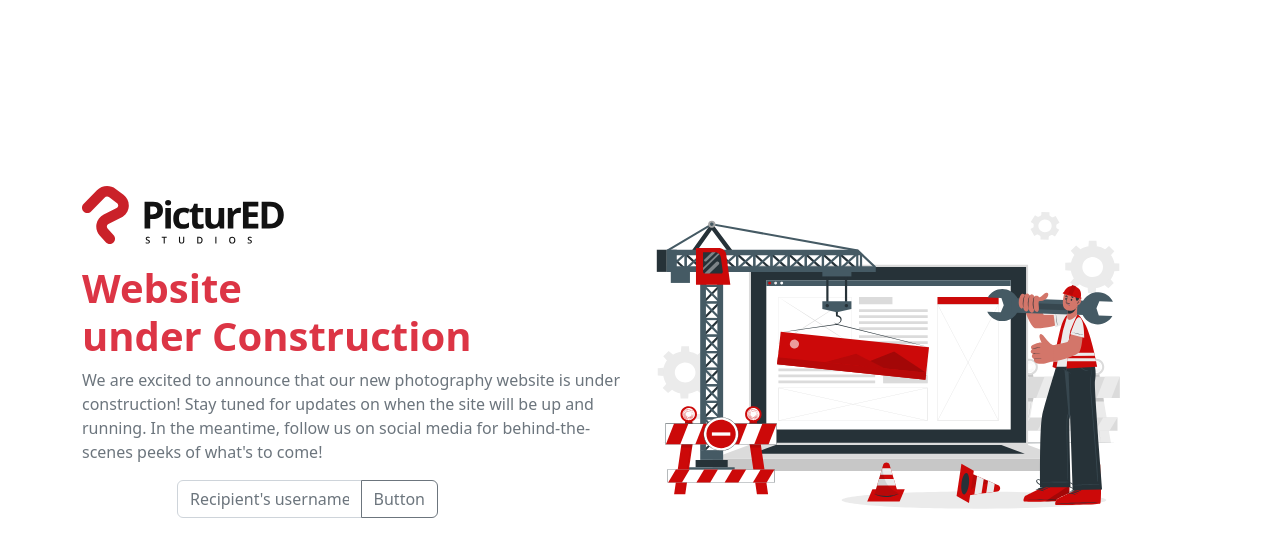
Repository: tHEO2k17/pictured
Page: /
The author's editor kept a copy of each file at every save. The page is drawn from the files as they stood at one save, then again after the next save.
The browser window is 1280 px wide. The pictures show the whole page.
The project was rebuilt for these pictures with package versions that can differ from the ones it lists, and the page was loaded fresh each time.

Above is the page before, as saved 2022-09-14 14:13:42.

### src/App.tsx
import React from "react";
import {
  Container,
  Col,
  Row,
  Image,
  InputGroup,
  Button,
  Form,
} from "react-bootstrap";
import logo from "./core/res/images/logo.svg";
import sideImage from "./core/res/images/side-image.svg";

function App() {
  return (
    <Container className="min-vh-100">
      <Row className="min-vh-100 align-items-center">
        <Col>
          <Image src={logo} />
          <h1 className="text-danger fw-bold mt-3">
            Website <br /> under Construction
          </h1>

          <p className="text-muted">
            We are excited to announce that our new photography website is under
            construction! Stay tuned for updates on when the site will be up and
            running. In the meantime, follow us on social media for
            behind-the-scenes peeks of what's to come!
          </p>

          <Row>
            <Col md={{ span: 6, offset: 2 }}>
              <InputGroup className="mb-3 ">
                <Form.Control
                  placeholder="Recipient's username"
                  aria-label="Recipient's username"
                  aria-describedby="basic-addon2"
                />
                <Button variant="outline-secondary" id="button-addon2">
                  Button
                </Button>
              </InputGroup>
            </Col>
          </Row>
        </Col>
        <Col>
          <Image src={sideImage} />
        </Col>
      </Row>
    </Container>
  );
}

export default App;

Loaded but not shown: public/index.html (common file); src/index.tsx (common file); src/index.scss (common file)

After the next save:
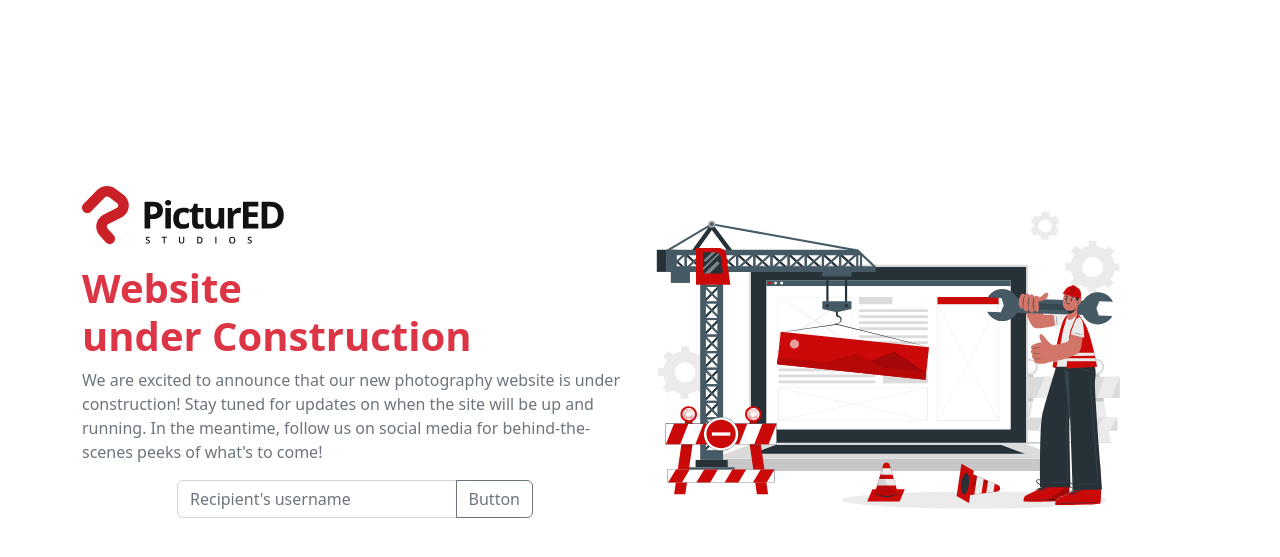
Saved 6 s later.
--- a/src/App.tsx
+++ b/src/App.tsx
@@ -29,7 +29,7 @@ function App() {
           </p>
 
           <Row>
-            <Col md={{ span: 6, offset: 2 }}>
+            <Col md={{ span: 8, offset: 2 }}>
               <InputGroup className="mb-3 ">
                 <Form.Control
                   placeholder="Recipient's username"
